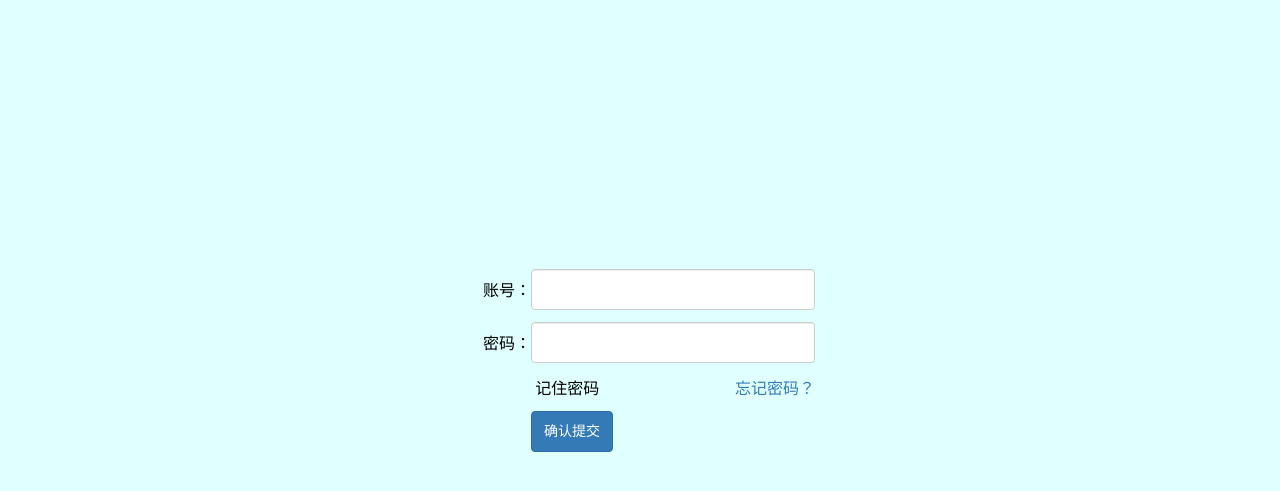
Repository: DeeFromChina/wechat
Page: http://localhost/wechat/jsp/login/login.jsp
The author's editor kept a copy of each file at every save. The page is drawn from the files as they stood at one save, then again after the next save.
The browser window is 1280 px wide. The pictures show the whole page.
The page is served by Tomcat 9.

Above is the page before, as saved 2018-02-12 07:24:41.

After the next save:
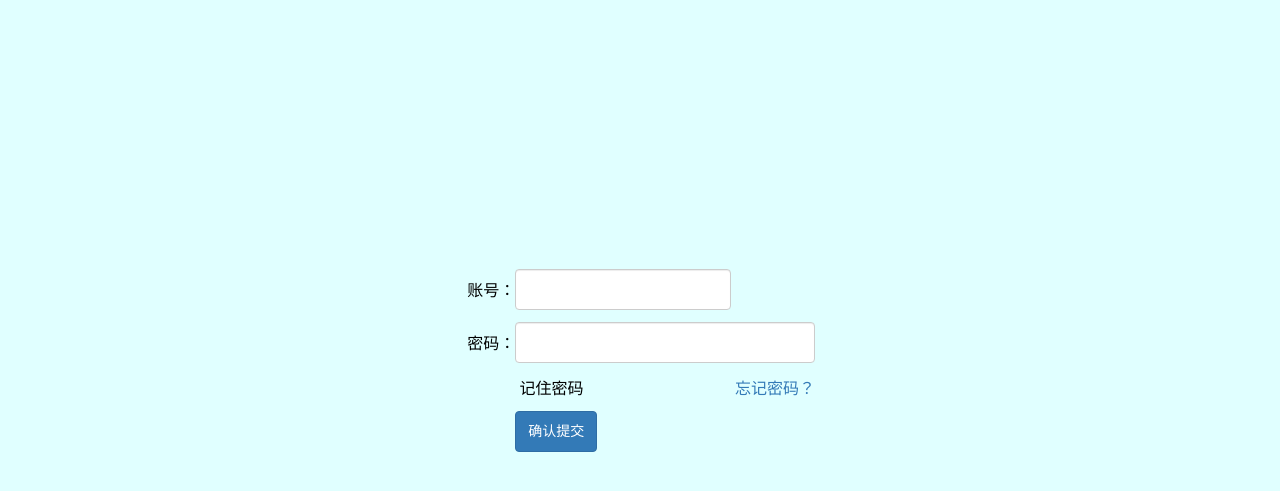
Saved 4 s later.
--- a/wechat/web/jsp/login/login.jsp
+++ b/wechat/web/jsp/login/login.jsp
@@ -21,7 +21,7 @@
 				<td class="textR">
 					<font class="font-14">账号：</font>
 				</td>
-				<td colspan="3">
+				<td>
 					<input type="text" id="name" name="name" class="form-control input-class" onkeydown="enter(event)">
 				</td>
 			</tr>
